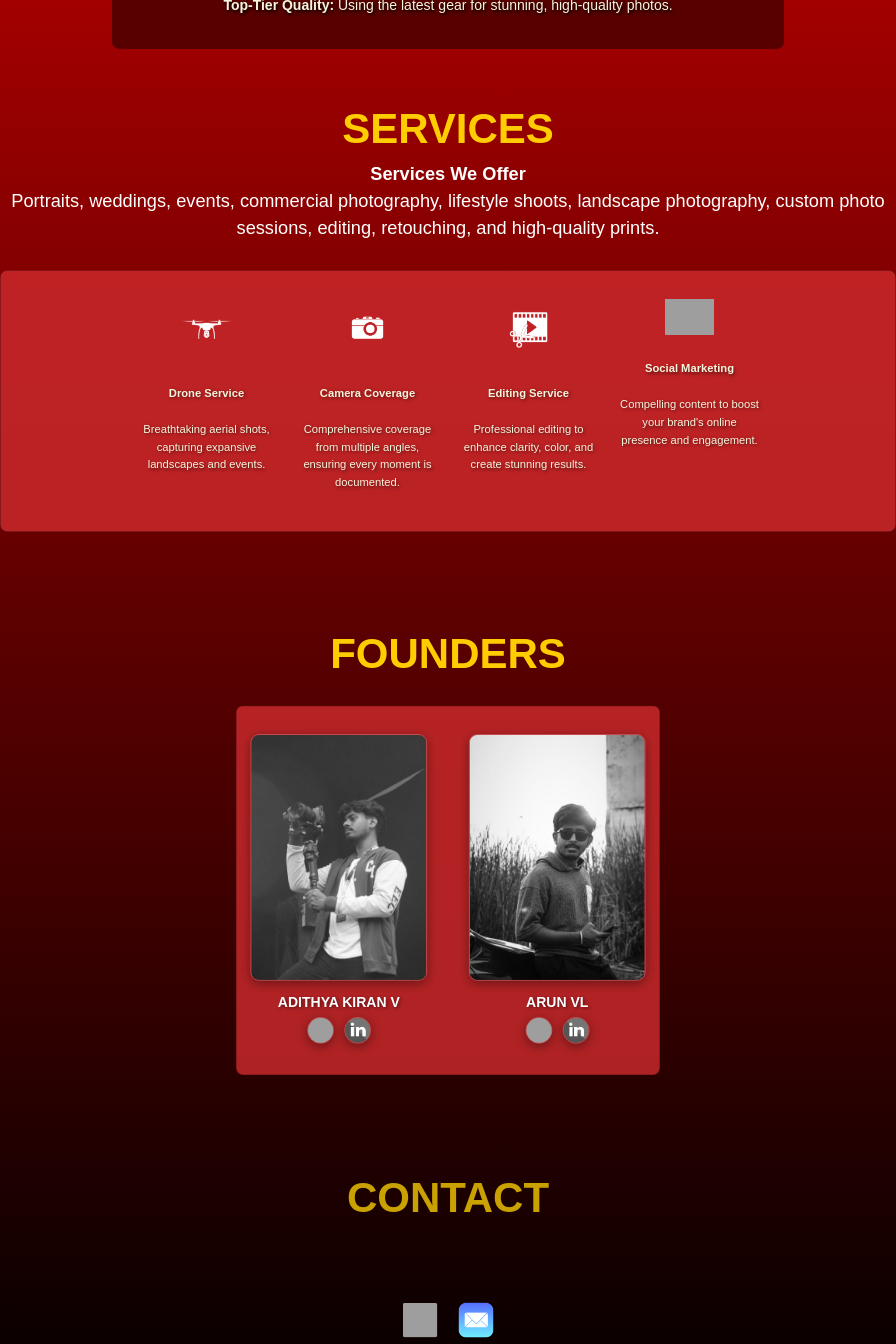
Repository: adithyakiran47/lensverse-frontend
Page: / (app in frontend/), after clicking the first element matching `button`
The author's editor kept a copy of each file at every save. The page is drawn from the files as they stood at one save, then again after the next save.
The browser window is 1280 px wide. The pictures show the part of the page from y = 1177 to 3097 px (the page is 3243 px tall), at 70% of full size.
Pictures or frames that could not be fetched are drawn as grey boxes. The project was rebuilt for these pictures with package versions that can differ from the ones it lists, and the page was loaded fresh each time.

Above is the page before, as saved 2025-06-20 14:11:26.

### frontend/public/index.html
<!DOCTYPE html>
<html lang="en">
  <head>
    <meta charset="utf-8" />
    <link rel="icon" href="%PUBLIC_URL%/favicon.ico" />
    <meta name="viewport" content="width=device-width, initial-scale=1" />
    <meta name="theme-color" content="#000000" />
    <meta
      name="description"
      content="Web site created using create-react-app"
    />
    <link rel="apple-touch-icon" href="%PUBLIC_URL%/logo192.png" />
    <!--
      manifest.json provides metadata used when your web app is installed on a
      user's mobile device or desktop. See https://developers.google.com/web/fundamentals/web-app-manifest/
    -->
    <link rel="manifest" href="%PUBLIC_URL%/manifest.json" />
    <!--
      Notice the use of %PUBLIC_URL% in the tags above.
      It will be replaced with the URL of the `public` folder during the build.
      Only files inside the `public` folder can be referenced from the HTML.

      Unlike "/favicon.ico" or "favicon.ico", "%PUBLIC_URL%/favicon.ico" will
      work correctly both with client-side routing and a non-root public URL.
      Learn how to configure a non-root public URL by running `npm run build`.
    -->
    <title>React App</title>
  </head>
  <body>
    <noscript>You need to enable JavaScript to run this app.</noscript>
    <div id="root"></div>
    <!--
      This HTML file is a template.
      If you open it directly in the browser, you will see an empty page.

      You can add webfonts, meta tags, or analytics to this file.
      The build step will place the bundled scripts into the <body> tag.

      To begin the development, run `npm start` or `yarn start`.
      To create a production bundle, use `npm run build` or `yarn build`.
    -->
      <footer class="footer">
  <div class="footer-content">
    <p>© 2025 <strong>Lensverse</strong>. All rights reserved.</p>
    <p>Made with ❤️ by the Lensverse Team</p>
  </div>
</footer>

  </body>
</html>

### frontend/src/App.js
import React, { useState } from 'react';
import './App.css';

import Header from './components/Header';
import Banner from './components/Banner';
import About from './components/About';
import Services from './components/Services';
import Team from './components/Team';
import Contact from './components/Contact';
import BookingForm from './components/BookingForm';


function App() {
  const [showForm, setShowForm] = useState(false);

  return (
    <>
      <Header />
      <Banner onBookClick={() => setShowForm(true)} />
      <About />
      <Services />
      <Team />
      <Contact />

      {showForm && (
        <div className="popup-backdrop">
          <div className="popup-form">
            <button className="close-btn" onClick={() => setShowForm(false)}>✖</button>
            <BookingForm onSuccess={() => setShowForm(false)} />
          </div>
        </div>
      )}
    </>
  );
}

export default App;

### frontend/src/App.css
.App {
  text-align: center;
}

.App-logo {
  height: 40vmin;
  pointer-events: none;
}

@media (prefers-reduced-motion: no-preference) {
  .App-logo {
    animation: App-logo-spin infinite 20s linear;
  }
}

.App-header {
  background-color: #282c34;
  min-height: 100vh;
  display: flex;
  flex-direction: column;
  align-items: center;
  justify-content: center;
  font-size: calc(10px + 2vmin);
  color: white;
}

.App-link {
  color: #61dafb;
}

@keyframes App-logo-spin {
  from {
    transform: rotate(0deg);
  }
  to {
    transform: rotate(360deg);
  }
}
.popup-backdrop {
  position: fixed;
  top: 0;
  left: 0;
  height: 100%;
  width: 100%;
  background: rgba(0, 0, 0, 0.7);
  display: flex;
  align-items: center;
  justify-content: center;
  z-index: 999;
}

.popup-form {
  background: white;
  padding: 30px;
  border-radius: 10px;
  width: 500px;
  position: relative;
  box-shadow: 0 8px 20px rgba(0, 0, 0, 0.3);
}

.close-btn {
  position: absolute;
  top: 10px;
  right: 15px;
  background: none;
  border: none;
  font-size: 20px;
  cursor: pointer;
}
.banner {
  display: flex;
  justify-content: space-between;
  align-items: center;
  padding: 40px;
  max-width: 1200px;
  margin: auto;
}

.banner h2 {
  font-size: 2rem;
  margin-bottom: 10px;
}

.banner p {
  font-size: 1.1rem;
  margin-bottom: 20px;
}

.banner button {
  padding: 10px 20px;
  background-color: #003f70;
  color: white;
  border: none;
  border-radius: 5px;
  cursor: pointer;
  font-size: 1rem;
}

.banner img {
  max-width: 150px;
  height: auto;
}

.banner-left {
  flex: 1;
  padding-right: 20px;
}

.banner-right {
  flex: 0 0 200px;
  display: flex;
  justify-content: center;
  align-items: center;
}
/* App.css */
body {
  margin: 0;
  padding: 0;
  background: linear-gradient(to bottom, #ff0000, #000000);
  font-family: 'Segoe UI', Tahoma, Geneva, Verdana, sans-serif;
  color: white;
}

.footer {
  background: rgba(0, 0, 0, 0.6);
  padding: 30px 20px;
  text-align: center;
  color: #ddd;
  font-family: "Montserrat", sans-serif;
  font-size: 14px;
  /*border-top: 1px solid rgba(255, 255, 255, 0.1);*/
}

.footer-content p {
  margin: 6px 0;
  text-shadow: 1px 1px 4px rgba(0, 0, 0, 0.5);
}

.footer-content strong {
  color: #ff4c4c;
}

### frontend/src/components/Header.js
// src/components/Header.js
import React from 'react';
import './Header.css'; // We'll create this next

const Header = () => {
  return (
    <div id="header">
      <div className="container">
        <div className="head1">
          <h1>LENSVERSE</h1>
        </div>
      </div>
    </div>
  );
};

export default Header;

### frontend/src/components/Banner.js
import React from 'react';
import './Banner.css';

const Banner = ({ onBookClick }) => {
  return (
    <div id="banner">
      <div className="container">
        <div className="banner-wrapper">
          <div className="banner-left">
            <h2 className="cap">Capturing every moment with precision</h2>
            <p>Lensverse, your coverage team in action!</p>
            <div className="from">
              <button onClick={onBookClick}>BOOK</button>
            </div>
          </div>
          <div className="banner-right">
            <img src="channel logo new transparent.png" alt="Lensverse Banner" />
          </div>
        </div>
      </div>
    </div>
  );
};

export default Banner;

### frontend/src/components/About.js
import React from 'react';
import './About.css';

const About = () => {
  return (
    <div id="about">
      <div className="container">
        <div className="about-wrapper">
          <div className="about-content">
            <h2>About Us - LENSVERSE</h2>
            <p><em>Live and breathe photography, capturing moments that tell stories and evoke emotions.</em></p>
            <ul>
              <li><b>Storytellers:</b> We capture moments that speak volumes.</li>
              <li><b>Creative Vision:</b> Blending tradition with innovation for unique images.</li>
              <li><b>Top-Tier Quality:</b> Using the latest gear for stunning, high-quality photos.</li>
            </ul>
          </div>
        </div>
      </div>
    </div>
  );
};

export default About;

### frontend/src/components/Services.js
// src/components/Services.js
import React from 'react';
import './Services.css';

const Services = () => {
  return (
    <div id="services">
      <div className="container">
        <div className="service-title">
          <h3>SERVICES</h3>
          <p><b>Services We Offer</b><br />
            Portraits, weddings, events, commercial photography, lifestyle shoots, landscape photography, custom photo sessions, editing, retouching, and high-quality prints.
          </p>
        </div>

        <div className="service-details">
          <div className="service-detail">
            <img src="/drone.png" alt="Drone Service" />
            <p><b>Drone Service</b><br /><br />Breathtaking aerial shots, capturing expansive landscapes and events.</p>
          </div>

          <div className="service-detail">
            <img src="/camera.png" alt="Camera Coverage" />
            <p><b>Camera Coverage</b><br /><br />Comprehensive coverage from multiple angles, ensuring every moment is documented.</p>
          </div>

          <div className="service-detail">
            <img src="/editing.png" alt="Editing Service" />
            <p><b>Editing Service</b><br /><br />Professional editing to enhance clarity, color, and create stunning results.</p>
          </div>

          <div className="service-detail">
            <img src="/social.png" alt="Social Marketing" />
            <p><b>Social Marketing</b><br /><br />Compelling content to boost your brand's online presence and engagement.</p>
          </div>
        </div>
      </div>
    </div>
  );
};

export default Services;

### frontend/src/components/Team.js
// src/components/Team.js
import React from 'react';
import './Team.css';

const Team = () => {
  return (
    <div id="team">
      <div className="container">
        <div className="members">
          <h4>FOUNDERS</h4>
          <div className="member service-details">

            <div className="kiran">
              <img src="IMG_0384.JPG" alt="Adithya Kiran V" />
              <h5>ADITHYA KIRAN V</h5>
              <div className="social">
                <a href="https://www.instagram.com/adithya.x/" target="_blank" rel="noreferrer">
                  <img src="/insta.png" alt="Instagram" />
                </a>
                <a href="https://linkedin.com" target="_blank" rel="noreferrer">
                  <img src="/linkedin.png" alt="LinkedIn" />
                </a>
              </div>
            </div>

            <div className="vl">
              <img src="IMG_0383.JPG" alt="Arun VL" />
              <h6>ARUN VL</h6>
              <div className="social">
                <a href="https://www.instagram.com/__arun_vl__/" target="_blank" rel="noreferrer">
                  <img src="/insta.png" alt="Instagram" />
                </a>
                <a href="https://linkedin.com" target="_blank" rel="noreferrer">
                  <img src="/linkedin.png" alt="LinkedIn" />
                </a>
              </div>
            </div>

          </div>
        </div>
      </div>
    </div>
  );
};

export default Team;

### frontend/src/components/Contact.js
// src/components/Contact.js
import React from 'react';
import './Contact.css';

const Contact = () => {
  return (
    <div id="contact">
      <div className="container">
        <div className="contactdetails">
          <h4>CONTACT</h4>
          <div className="contact-details">

            <div className="instapng">
              <a href="https://www.instagram.com/__lensverse__/" target="_blank" rel="noreferrer">
                <img src="/insta.png" alt="Instagram" />
              </a>
            </div>

            <div className="mailpng">
              <a href="mailto:lensversecontact@gmail.com">
                <img src="/mail.png" alt="Email" />
              </a>
            </div>

          </div>
        </div>
      </div>
    </div>
  );
};

export default Contact;

### frontend/src/components/BookingForm.js
import React, { useState } from 'react';
import axios from 'axios';

const BookingForm = ({ onSuccess }) => {
  const [form, setForm] = useState({
    name: '',
    email: '',
    eventDate: '',
    service: '',
    notes: '',
  });

  const handleChange = (e) => {
    setForm({ ...form, [e.target.name]: e.target.value });
  };

  const handleSubmit = async (e) => {
    e.preventDefault();
    console.log("📤 Submitting form:", form);
    try {
      const res = await axios.post('http://localhost:5000/api/bookings', form);
console.log("✅ Booking response:", res.data);
      alert('Booking Confirmed!');
      if (onSuccess) onSuccess();
    } catch (err) {
      console.error("❌ Booking error:", err);
      alert('Booking failed');
    }
  };

  return (
    <form onSubmit={handleSubmit}>
      <h2>Book an Event</h2>
      <input name="name" placeholder="Name" onChange={handleChange} required />
      <input name="email" placeholder="Email" onChange={handleChange} required />
      <input name="eventDate" type="date" onChange={handleChange} required />
      <select name="service" onChange={handleChange} required>
        <option value="">Select Service</option>
        <option value="Drone">Drone</option>
        <option value="Camera">Camera</option>
        <option value="Editing">Editing</option>
        <option value="Marketing">Marketing</option>
      </select>
      <textarea name="notes" placeholder="Notes" onChange={handleChange}></textarea>
      <button type="submit">Submit</button>
    </form>
  );
};

export default BookingForm;

### frontend/src/components/Header.css
/* Header.css */
#header {
  /* background:linear-gradient(rgb(255, 0, 0),rgb(0, 0, 0)) ; */
  padding: 15px;
  text-shadow: 2px 2px 5px rgba(0, 0, 0, 0.485);
}

.head1 h1 {
  font-family: "Bebas Neue", sans-serif;
  font-size: 50px;
  color: rgb(255, 255, 255);
  transition: color 0.3s ease;
  padding: auto;
  text-align: center;
}

.head1 h1:hover {
  color: white;
}

### frontend/src/components/Banner.css
#banner {
 /* background: linear-gradient(to bottom, #ff0000, #000000); /* Optional gradient */
  color: aliceblue;
  padding: 60px 20px;
  text-align: center; /* Center all content */
}

.banner-wrapper {
  display: flex;
  flex-direction: column; /* Stack content vertically */
  align-items: center;
  gap: 30px;
}

.banner-left .cap {
  font-size: 42px; /* Increased font size */
  font-weight: 600;
  margin-bottom: 20px;
  font-family: "Bebas Neue", sans-serif;
  text-shadow: 2px 2px 6px rgba(0, 0, 0, 0.5);
}

.banner-left p {
  font-size: 20px;
  margin-bottom: 30px;
  color: #ddd;
}

.from button {
  background-color: rgb(0, 55, 94);
  color: white;
  font-size: 18px;
  padding: 14px 28px;
  border: none;
  border-radius: 8px;
  cursor: pointer;
  transition: background-color 0.3s ease, transform 0.2s ease;
}

.from button:hover {
  background-color: rgb(0, 75, 120);
  transform: scale(1.05);
}

/* Banner image */
.banner-right img {
  max-width: 500px;
  height: auto;
  filter: drop-shadow(0 0 6px rgba(0, 0, 0, 0.3));
}

### frontend/src/components/About.css
#about {
  padding: 60px 20px;
  text-align: center;
}

.about-wrapper {
  max-width: 900px;
  margin: 0 auto;
  padding: 30px;
  background-color: rgb(88, 0, 0);
  border-radius: 10px;
  color: beige;
  text-shadow: 2px 2px 5px rgb(0, 0, 0);
  /*transition: background-color 0.3s ease, border 0.3s ease;*/
}


.about-content h2 {
  font-size: 40px;
  font-family: "Montserrat", sans-serif;
  margin-bottom: 20px;
}

.about-content p {
  font-size: 20px;
  font-family: "Montserrat", sans-serif;
  margin-bottom: 25px;
}

.about-content ul {
  list-style: none;
  padding-left: 0;
  font-size: 20px;
  font-family: "Montserrat", sans-serif;
}

.about-content li {
  margin-bottom: 12px;
}

### frontend/src/components/Services.css
/* Title Section */
.service-title {
  text-align: center;
  font-family: "Teko", sans-serif;
  margin-bottom: 40px;
}

.service-title h3 {
  font-size: 60px;
  color: rgb(255, 204, 0);
  margin: 20px 0 0 0;
}

.service-title p {
  color: #ffffff;
  font-size: 26px;
  margin-top: 10px;
  line-height: 1.5;
}

/* Services Container */
.service-details {
  display: flex;
  flex-wrap: wrap;
  justify-content: center;
  gap: 30px;
  padding: 40px 20px;
  background-color: rgba(205, 42, 45, 0.819);
  color: beige;
  font-family: "Montserrat", sans-serif;
  border-radius: 10px;
  border: 1px solid rgba(0, 0, 0, 0.397);
  text-shadow: 2px 2px 5px rgba(0, 0, 0, 0.485);
  transition: background-color 0.3s ease, border 0.3s ease;
}

/* Hover Effect */
/*.service-details:hover {
  background-color: rgba(253, 242, 241, 0.25);
  border: 1px solid rgba(0, 0, 0, 0.7);
  color: black;
}*/

/* Individual Card */
.service-detail {
  flex-basis: 200px;
  text-align: center;
  max-width: 250px;
}

.service-detail img {
  width: 70px;
  margin-bottom: 15px;
}

.service-detail p {
  font-size: 16px;
  line-height: 1.6;
}

### frontend/src/components/Team.css
#team {
  display: flex;
  justify-content: center;
  padding: 60px 20px;
  background-color: transparent;
  color: white;
  text-align: center;
}

.members h4 {
  font-family: "Teko", sans-serif;
  font-size: 60px;
  color: rgb(255, 204, 0);
  margin-bottom: 40px;
}

.member {
  display: flex;
  flex-wrap: wrap;
  justify-content: center;
  gap: 60px;
}

/* Each profile block */
.kiran, .vl {
  max-width: 280px;
}

.kiran img,
.vl img {
  width: 250px;
  height: 350px; /* Recommended size */
  object-fit: cover;
  border-radius: 12px;
  border: 1px solid rgba(255, 255, 255, 0.3);
  box-shadow: 0 4px 15px rgba(0, 0, 0, 0.4);
  filter: grayscale(100%);
  transition: filter 0.4s ease, transform 0.3s ease;
}

.kiran img:hover,
.vl img:hover {
  filter: grayscale(0%);
  transform: scale(1.03);
}

h5, h6 {
  font-size: 20px;
  margin: 15px 0 10px 0;
  font-family: "Montserrat", sans-serif;
  color: white;
}

.social {
  display: flex;
  justify-content: center;
  gap: 15px;
  margin-top: 10px;
}

.social img {
  width: 36px;
  height: 36px;
  border-radius: 50%;
  transition: transform 0.3s ease;
}

.social img:hover {
  transform: scale(1.2);
}

### frontend/src/components/Contact.css
.contactdetails {
  text-align: center;
  font-size: 60px;
  font-family: "Teko", sans-serif;
  color: rgb(201, 161, 0);
  margin-top: 40px;
}

.contact-details {
  display: flex;
  justify-content: center;
  gap: 30px;
  padding: 30px;
  margin-top: 20px;
  /*background-color: rgba(0, 0, 0, 0.819);*/
  border-radius: 10px;
  border: 1px solid rgba(0, 0, 0, 0.397);
  transition: background-color 0.3s ease, border 0.3s ease;
}

/*.contact-details:hover {
  background-color: rgba(253, 242, 241, 0.377);
  border: 1px solid rgba(0, 0, 0, 0.7);
}*/

.contact-details img {
  height: 50px;
  width: 50px;
  border-radius: 5px;
  transition: transform 0.2s ease;
}

.contact-details img:hover {
  transform: scale(1.1);
}

Loaded but not shown: frontend/src/index.js (common file); frontend/src/index.css (common file); frontend/src/reportWebVitals.js (common file)

After the next save:
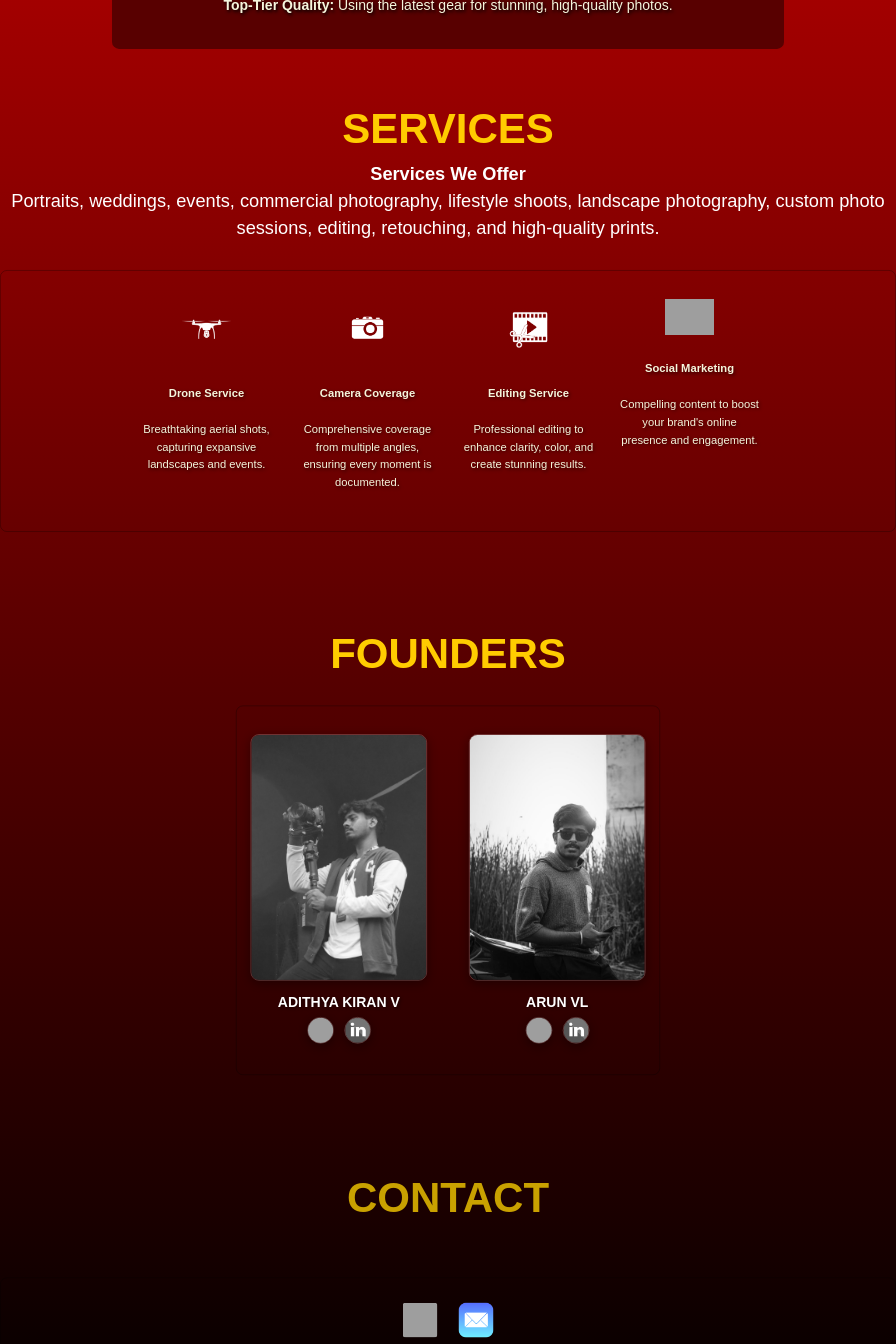
Saved 8 s later.
--- a/frontend/src/components/Services.css
+++ b/frontend/src/components/Services.css
@@ -25,7 +25,7 @@
   justify-content: center;
   gap: 30px;
   padding: 40px 20px;
-  background-color: rgba(205, 42, 45, 0.819);
+  /*background-color: rgba(205, 42, 45, 0.819);*/
   color: beige;
   font-family: "Montserrat", sans-serif;
   border-radius: 10px;
